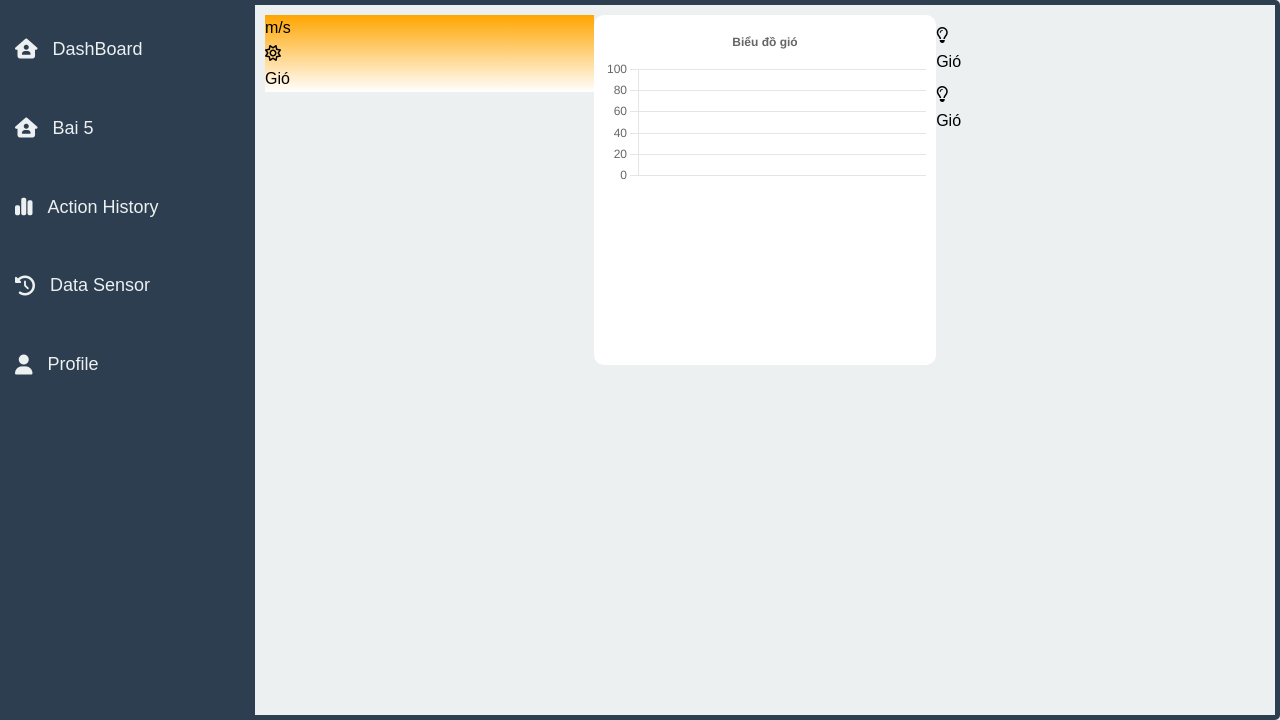
Repository: duongnoob23/duyyyy
Page: /bai5 (app in iot/)
These files come from the project's save history. The page is drawn as it stood at one moment and after the next save; the edit follows.
The browser window is 1280 px wide. The pictures show the whole page.
The page's requests for data from a server got no answer. Some web libraries are served in a nearby version. The project was rebuilt for these pictures with package versions that can differ from the ones it lists, and the page was loaded fresh each time. No one was signed in, and anything a server would have sent is missing. Also part of the build but not shown: iot/src/App.css, iot/src/Components/Doughnut/GaugeChart.js, iot/src/Components/LineChart/LineChartECharts.js, iot/src/Pages/Home/Home.js, iot/src/Pages/DataLogs/DataLogs.js, iot/src/Pages/Profile/Profile.css, iot/src/Pages/Profile/Profile.js, iot/src/Pages/Action/Action.js and 1 more.

Above is the page before, as saved 2024-12-02 21:01:34.

### iot/public/index.html
<!DOCTYPE html>
<html lang="en">
  <head>
    <meta charset="utf-8" />
    <link rel="icon" href="%PUBLIC_URL%/favicon.ico" />
    <meta name="viewport" content="width=device-width, initial-scale=1" />
    <meta name="theme-color" content="#000000" />
    <meta
      name="description"
      content="Web site created using create-react-app"
    />
    <link rel="apple-touch-icon" href="%PUBLIC_URL%/logo192.png" />
    <!--
      manifest.json provides metadata used when your web app is installed on a
      user's mobile device or desktop. See https://developers.google.com/web/fundamentals/web-app-manifest/
    -->
    <link rel="manifest" href="%PUBLIC_URL%/manifest.json" />
    <!--
      Notice the use of %PUBLIC_URL% in the tags above.
      It will be replaced with the URL of the `public` folder during the build.
      Only files inside the `public` folder can be referenced from the HTML.

      Unlike "/favicon.ico" or "favicon.ico", "%PUBLIC_URL%/favicon.ico" will
      work correctly both with client-side routing and a non-root public URL.
      Learn how to configure a non-root public URL by running `npm run build`.
    -->
    <link rel="stylesheet" href="https://cdnjs.cloudflare.com/ajax/libs/font-awesome/6.6.0/css/all.min.css" integrity="sha512-Kc323vGBEqzTmouAECnVceyQqyqdsSiqLQISBL29aUW4U/M7pSPA/gEUZQqv1cwx4OnYxTxve5UMg5GT6L4JJg==" crossorigin="anonymous" referrerpolicy="no-referrer" />
    <title>React App</title>
    <script src="https://code.highcharts.com/highcharts.js"></script>
  </head>
  <body>
    <noscript>You need to enable JavaScript to run this app.</noscript>
    <div id="root"></div>
    <!--
      This HTML file is a template.
      If you open it directly in the browser, you will see an empty page.

      You can add webfonts, meta tags, or analytics to this file.
      The build step will place the bundled scripts into the <body> tag.

      To begin the development, run `npm start` or `yarn start`.
      To create a production bundle, use `npm run build` or `yarn build`.
    -->
  </body>
</html>

### iot/src/index.js
import React from 'react';
import { DatePicker } from 'antd';
import ReactDOM from 'react-dom/client';
import './index.css';
import App from './App';
import reportWebVitals from './reportWebVitals';
import { BrowserRouter } from 'react-router-dom';


const root = ReactDOM.createRoot(document.getElementById('root'));
root.render(
  // <React.StrictMode>
  <BrowserRouter>
    <App />
  </BrowserRouter>

  // </React.StrictMode>
);


reportWebVitals();

### iot/src/index.css
body {
  margin: 0;
  font-family: -apple-system, BlinkMacSystemFont, 'Segoe UI', 'Roboto', 'Oxygen',
    'Ubuntu', 'Cantarell', 'Fira Sans', 'Droid Sans', 'Helvetica Neue',
    sans-serif;
  -webkit-font-smoothing: antialiased;
  -moz-osx-font-smoothing: grayscale;
}

code {
  font-family: source-code-pro, Menlo, Monaco, Consolas, 'Courier New',
    monospace;
}

*{
  box-sizing: border-box;
  font-family: Arial, Helvetica, sans-serif;
}

html{
  font-size: 62.5%;
}

ul,li{
  list-style-type: none;
  margin: 0;
  padding:0;
}
a{
  text-decoration: none;
}

body{
  margin: 0;
  padding: 0;

}

### iot/src/App.js
// import logo from './logo.svg';
import './App.css';
import Layout from './Components/Layout/Layout';
import { Routes,Route} from 'react-router-dom';
import Home from './Pages/Home/Home';
import DataLogs from './Pages/DataLogs/DataLogs';
import Profile from './Pages/Profile/Profile';
import Action from './Pages/Action/Action';
import Bai5 from './Pages/Bai5/Bai5';
function App() {
  return (
    <>

      <Routes>
          <Route path="/" element = {<Layout/>}>
            <Route path='home' element={<Home/>}/>
            <Route path='bai5' element={<Bai5 />}/>
            <Route path='datalogs' element={<DataLogs/>}/>
            <Route path='profile' element={<Profile/>}/>
            <Route path='action' element={<Action/>}/>
          </Route>
      </Routes>
    </>
  );
}

export default App;

### iot/src/Components/Layout/Layout.js
import './Layout.css'
import { Link, Outlet, } from "react-router-dom";
// import { useState } from "react";

function Layout(){

    return (
        <>

        <div className="dashBoard">
        <div className="sideBar">
            <ul className="sideBar-list">
                <li className="sideBar-item">
                    {/* <a  href="#" className="sideBar-icon">
                        <i className="fa-solid fa-house-user">
                        </i>
                        <span className='sideBar-text'>DashBoard</span>
                    </a> */}
                    <Link className='sideBar-icon' to={"/home"}>
                        <i className="fa-solid fa-house-user">
                        </i>
                        <span className='sideBar-text'>DashBoard</span>
                    </Link>
                </li>
                <li className="sideBar-item">
                    <Link className='sideBar-icon' to={"/bai5"}>
                        <i className="fa-solid fa-house-user">
                        </i>
                        <span className='sideBar-text'>Bai 5</span>
                    </Link>
                </li>
                <li className="sideBar-item">
                <Link  className="sideBar-icon" to={"/action"}>
                    <i className="fa-solid fa-chart-simple"></i>
                        <span className='sideBar-text'>Action History</span>
                    </Link>
                </li>
                <li className="sideBar-item">
                    <Link className="sideBar-icon" to={"/datalogs"} >
                    <i className="fa-solid fa-clock-rotate-left"></i>
                        <span className='sideBar-text'> Data Sensor</span>
                    </Link>
                </li>
                <li className="sideBar-item">

                    <Link className="sideBar-icon" to={"/profile"}>
                        <i className="fa-solid fa-user"></i>
                        <span className='sideBar-text'>Profile</span>
                    </Link>
                </li>
            </ul>
        </div>
        <div className="sideMain">
            <Outlet/>
        </div>
    </div>
        </>
    )
}

export default Layout;

### iot/src/Components/Layout/Layout.css


/* Reset default padding and margins */
* {
    margin: 0;
    padding: 0;
    box-sizing: border-box;
}

/* DashBoard container */
.dashBoard {
    display: flex;
    height : 100vh;
    font-family: 'Roboto', sans-serif;
}

/* SideBar styling */
.sideBar {
    width: 250px;
    background-color: #2c3e50;
    padding: 20px 0;
    position: fixed;
    height: 100%;
    transition: all 0.3s ease;
}

.sideBar-list {
    list-style: none;
    padding-left: 0;
}

.sideBar-item {
    margin-bottom: 20px;
}

.sideBar-icon {
    display: flex;
    align-items: center;
    padding: 15px;
    color: #ecf0f1;
    text-decoration: none;
    transition: background 0.3s ease, color 0.3s ease;
}

.sideBar-icon i {
    margin-right: 15px;
    font-size: 20px;
}

/* Hover effect for sidebar items */
.sideBar-icon:hover {
    background-color: #34495e;
    color: #1abc9c;
    cursor: pointer;
    padding-left: 25px; /* Add a slide effect */
    transition: all 0.3s ease;
}

.sideBar-text {
    font-size: 18px;
}

/* Active link effect */
.sideBar-icon.active {
    background-color: #1abc9c;
    color: #fff;
    border-radius: 8px;
    transition: all 0.3s ease;
}

/* SideMain styling */
.sideMain {
    margin-left: 250px;
    background-color: #ecf0f1;
    flex-grow: 1;
}

/* Responsive Design */
@media screen and (max-width: 768px) {
    .sideBar {
        width: 200px;
    }

    .sideBar-icon {
        padding: 10px;
    }

    .sideMain {
        margin-left: 200px;
        padding: 20px;
    }
}

@media screen and (max-width: 576px) {
    .sideBar {
        width: 60px;
    }

    .sideBar-icon i {
        margin-right: 0;
        text-align: center;
        flex: 1;
    }

    .sideBar-text {
        display: none;
    }

    .sideMain {
        margin-left: 60px;
        padding: 10px;
    }
}

### iot/src/Pages/Home/Home.css
/* General Styling */
.main {
    display: flex;
    flex-direction: column;
    height : 100%; /* Chiếm toàn bộ chiều cao của màn hình */

    box-sizing: border-box; /* Đảm bảo padding không làm thay đổi kích thước */
}

.section {
  width: 100%;
  height : 100%;
}



.section-one{
    width: 100vh;
    height : 100%;
    display: flex;
    flex-direction: row;

}

.left{
  width: 75%;
}

.right{
  width: 25%;
}

.sensor{
    height: 30%;
}


.sensor-list {
    height: 100%;
    display: flex;
    list-style-type: none;
    padding: 0;
    margin: 0;
    justify-content: space-between; /* Rải đều các phần tử trong container */
    width: 100%; /* Chiếm toàn bộ chiều rộng của màn hình */
}

.sensor-item {
    flex: 1; /* Các phần tử sẽ tự động chiếm đều không gian */
    /* padding: 5px; */
    background-color: #ffffff;
    border-radius: 12px;
    box-shadow: 0 4px 12px rgba(0, 0, 0, 0.1);
    display: flex;
    flex-direction: column;
    align-items: center;
    text-align: center;
    margin: 10px;
    min-width: 50px; /* Đảm bảo các phần tử không quá nhỏ */
}
  .sensor-item .sensor-digit {
    font-size: 1.2em;
    font-weight: bold;
    margin-bottom: 5px;
    color: #333;
  }

  .sensor-item:nth-child(2){
    /* margin:10px 20px; */
  }

  .sensor-bar {
    width: 100%;
    height: 100px;
    background-color: #e0e0e0;
    border-radius: 8px;
    position: relative;
    overflow: hidden;
    margin: 10px 0;
  }

  .sensor-fill {
    position: absolute;
    bottom: 0;
    width: 100%;
    border-radius: 8px;
  }

  .sensor-item.light .sensor-fill {
    background-color: #ffb74d; /* Soft orange for light */
  }

  .sensor-item.temperature .sensor-fill {
    background-color: #ef5350; /* Soft red for temperature */
  }

  .sensor-item.humidity .sensor-fill {
    background-color: #42a5f5; /* Soft blue for humidity */
  }

  .label {
    font-size: 0.9em;
    font-weight: 600;
    color: #777;
  }
  /* Chart Section */
  .chart {
    height: 70%;
    width: 100%;
    /* margin-top: 20px; */
    /* margin: 15px; */
    padding: 0;
  }
.styleChart{
  aspect-ratio: 7/3;
}
  /* Electric Section */
  .electric {
    width: 100%;
    margin-top: 5px;
  }

  .electric-list {
    list-style: none;
    padding: 0;
    margin: 0;
    display: flex;
    flex-direction: column;
    justify-content: space-around;
    gap: 15px;
  }

  .electric-item {
    /* flex: 1; */
    text-align: center;
    padding: 20px;
    background-color: #f9f9f9;
    border-radius: 10px;
    box-shadow: 0px 4px 10px rgba(0, 0, 0, 0.1);
    transition: transform 0.3s ease, box-shadow 0.3s ease;
    width: 300px;
  }




  .electric-box {
    position: relative;
    margin-bottom: 10px;
  }

  .electric-input {
    display: none;
  }

  .electric-label {
    display: block;
    width: 60px;
    height: 30px;
    background-color: #ddd;
    border-radius: 15px;
    position: relative;
    cursor: pointer;
    transition: background-color 0.3s;
  }



  .electric-input:checked + .electric-label {
    background-color: #4caf50;
  }

  .electric-input:checked + .electric-label:before {
    left: 31px;
  }

  .on-off {
    font-weight: bold;
    margin-top: 8px;
    font-size: 16px;
  }

  .electric-item i {
    font-size: 36px;
    color: #4caf50;
  }

  .electric-item .light-icon,
  .electric-item .temp-icon,
  .electric-item .air-icon {
    color: #aaa;
  }

/* css button  */

### iot/src/Components/Helper/URL.js
export const URL = "http://localhost:3001";

### iot/src/Pages/DataLogs/DataLogs.css
*{
    box-sizing: border-box;
}
.table {
    width: 90%;
    border-collapse: collapse;
    margin: 10px;
    border-radius:10px;
    overflow: hidden;
}

.data{
    border:5px solid #2c3e50;
    border-radius: 0 5px 5px 0;
    height: 100%;
}

.table__body{
    border-radius: 10px;
    border: 2px solid #2c3e50;
}

.table__head{
    border: 2px solid #2c3e50;
}
th, td {
    padding: 10px;
    text-align: center;
    border-bottom: 1px solid #ddd;
}
th {
    background-color: #2c3e50;
    color: white;
}

.table-row__body{
    transition: all 0.1s linear;

}
.table-row__body:nth-child(even){
    background-color: #eee;

}
.table-row__body:hover{
    background-color: #2c3e50;
    color: #F4C427;

}

.table-row__body:active{
    background-color: #2c3e50;
    color: #F4C427;
}
.data__title{
    margin-left: 10px;
    font-size: 20px;
    font-weight: bold;
}

.data__sort{
    margin-left: 10px;
    font-size: 15px;
    font-weight: bold;
    margin-bottom: 10px;

}

.data__in{
    border-radius: 10px;
    border: 2px solid #7A40F2;
    margin: 10px;
}

### iot/src/Pages/Action/Action.css
* {
    box-sizing: border-box;
    font-family: 'Arial', sans-serif; /* Change this to your preferred font */
    font-size: 16px; /* Default font size */
    line-height: 1.6; /* Controls line spacing */
}


.action {
    border: 5px solid #2c3e50;
    border-radius: 0 5px 5px 0;
    height: 100vh; /* Full viewport height */
    display: flex;
    flex-direction: column;
    justify-content: space-between; /* Distribute space evenly */
}

.action-title {
    margin-left: 10px;
    font-size: 24px;
    font-weight: bold;
    margin-bottom: 20px;
}

.option {
    display: flex;
    align-items: center;
    margin-bottom: 20px;
}

.search {
    margin-left: 20px;
    display: flex;
    align-items: center;
}

.search__input {
    padding: 8px 15px;
    border-radius: 8px;
    outline: none;
    border: 1px solid #2c3e50;
    margin-right: 5px;
    font-size: 16px;
}

.search__icon {
    cursor: pointer;
    font-size: 20px;
    color: #2c3e50;
}

.select, .select2 {
    margin-left: auto;
    padding: 0 10px;
}

.select__list {
    padding: 8px 12px;
    border-radius: 8px;
    border: 1px solid #2c3e50;
    outline: none;
    font-size: 16px;
}

/* Table container to control overflow */
.table__container {
    flex-grow: 1;
    overflow-y: auto;
    border-radius: 10px;
    margin: 0 20px;
    padding-bottom: 20px;
}

.table {
    width: 100%;
    border-collapse: collapse;
}

.table__head {
    background-color: #2c3e50;
    color: white;
    border-radius: 10px 10px 0 0;
}

.table-row__head th, .table-row__body td {
    padding: 10px;
    text-align: center;
}

.table-row__body:nth-child(even) {
    background-color: #f7f7f7;
}

.table-row__body:hover {
    background-color: #2c3e50;
    color: #F4C427;
}

/* Maintain height to ensure 10 rows fill the page */
.table-row__body {
    height: 40px; /* Adjust this based on design preferences */
    transition: background-color 0.3s;
}

.table__body {
    border-radius: 0 0 10px 10px;
}

.pagination {
    margin-right: 20px;
    padding: 10px 0;
    text-align: right;
}

.pagi__list {
    display: flex;
    justify-content: flex-end;
    align-items: center;
    font-size: 16px;
}

.pagi__item {
    margin: 0 5px;
    cursor: pointer;
    padding: 5px 10px;
    border: 1px solid #3498db;
    border-radius: 5px;
    transition: background-color 0.3s;
}

.pagi__next, .pagi__pre {
    color: #3498db;
}

.pagi__cur {
    font-weight: bold;
    color: #fff;
    background-color: #15181b;
    border-radius: 5px;
    padding: 5px 10px;
}

/* Ensure last row visibility */
.table__container::-webkit-scrollbar {
    width: 6px;
}

.table__container::-webkit-scrollbar-thumb {
    background-color: #121518;
    border-radius: 10px;
}

### iot/src/Pages/Bai5/Bai5.css
.main{
    width: 100%;
    padding:10px;
    height: 100%;
    border:5px solid #2c3e50;
    border-radius: 0 5px 5px 0;
}


.section{
    display: flex;
    justify-content: start;
    flex-direction: column;
}

.section .section-one{
    width: 100%;
}



.electric{
    background-color: white;
    /* padding:10px; */
    border-radius: 15px;
    /* margin-bottom: 15px; */
}

.electric-list{
    display: flex;
    justify-content: center;
    align-items: center;
    margin-left: -20px;
    height: 100%;
}

.electric-item{
    width: 80%;
    height: calc(100% / 3 - 10px);
    margin-left: 20px;
    /* background-color: white; */
    border-radius: 10px;
    padding: 10px;
    box-shadow: rgba(0, 0, 0, 0.35) 0px 5px 15px;
    color:#2c3e50;
    display: flex;
    flex-direction: column;
    justify-content: space-between;
    font-size: 15px;
    transition: all 0.25s linear;
    position: relative;
    /* cursor: pointer; */
}

/* .electric-item:hover{
    background-color: #2c3e50;
    color: white;
    box-shadow: #2c3e50 3px 3px 9px 0px;
} */

.electric-item i{
    font-size: 40px;
}

.electric-item .on-off{
    font-size: 20px;
    color: black;
    margin-top: 0;
}

.electric-item:hover .on-off{
    /* color:white; */
}

.electric-input{
    display: none;
}

.electric-input:checked + .electric-label{
    background-color: #2c3e50;
    box-shadow: white 0px 5px 15px;
}

.electric-input:checked + .electric-label:after{
    background-color: white;
    transform: translateX(17px);
}
.electric-input:checked .temperature{
    color: #2c3e50;
}


.electric-label{
    position: absolute;
    top:20px;
    right: 20px;
    width: 36px;
    height: 20px;
    border-radius: 20px;
    background-color: #F5F5F5;
    transition: all 0.25s linear;
    cursor: pointer;
}

.electric-label:after{
    cursor: pointer;
    content: "";
    position:  absolute;
    top:1px;
    left: 1px;
    width: 18px;
    height: 18px;
    border-radius: 50%;
    background-color: white;
    transition: all 0.25s linear;
    box-shadow: rgba(0, 0, 0, 0.35) 0px 5px 15px;
}

.electric-item .electric-light{
    display: inline-block;
    font-size: 40px;
    color: black;
    transition: all 0.4s linear;
    display: flex;
    justify-content: center;
    align-items: center;
}
.electric-item .electric-light.show{
    color: yellow;
    /* box-shadow: 0 0 3px 3px yellow; */
    filter: drop-shadow(0 0 10px rgba(255, 255, 0, 0.8)) drop-shadow(0 0 20px rgba(255, 255, 0, 0.642));
}

.electric-item .electric-air{
    display: flex;
    justify-content: center;
    align-items: center;
    color:black;
}

.electric-item .electric-air.show{
    content: "";
    animation:spin 2s linear infinite;
    color:#3acbe9;
    transition: all 0.4s linear;
}

.electric-item .electric-temperature{
    display: flex;
    justify-content: center;
    align-items: center;
    color:black;
}

.electric-item .electric-temperature.show{
    /* color: linear-gradient(to top,red ,yellow ); */
    background-image: linear-gradient(to top,red,yellow);
    color:transparent;
    background-clip: text;
    transition: all 0.4s linear;
}

@keyframes spin {
    to{
        transform: rotate(720deg);
    }
  }

.meter{
    background-color: white;
    padding:10px;
    border-radius: 15px;
    margin-bottom: 5px;
}

.meter-list{
    display: flex;
    justify-content: center;
    align-items: center;
    margin-left: -20px;
}

.meter-item{
    width: calc(100% / 3 - 20px);
    height: 120px;
    margin-left: 20px;
    /* background-color: white; */
    border-radius: 10px;
    padding: 10px;
    box-shadow: rgba(0, 0, 0, 0.35) 0px 5px 15px;
    color:black;
    display: flex;
    flex-direction: column;
    justify-content: space-between;
    font-size: 18px;
    transition: all 0.25s linear;
    position: relative;
}
.meter-item:first-child{
    /* background-image: linear-gradient(to bottom,#F4C427,white); */
    background-color: #f4c427;
    }



.meter-item:last-child{
    /* background-image: linear-gradient(to bottom,#3ACBE9,white); */
    background-color: #3acbe9;
}

.meter-item:nth-child(2){
    /* background-image: linear-gradient(to bottom,#FF9060,white); */
    background-color: #FF9060;
}

.meter-digit
{
    text-align: start;
    font-size: 24px;
    font-weight: white;
}

.chart{
    width: 100%;
    height: 350px;
    border-radius: 10px;
    background-color: white;
    padding:10px;
    margin-bottom: 20px;
}



.blink {
    background-color: yellow;
    animation: blink 1s infinite;
  }

  @keyframes blink {
    0%, 100% {
      background-color: yellow;
    }
    50% {
      background-color: transparent;
    }
  }


.bai5{
    width: 100%;
    height: 25%;
}

.control{
    width: 100%;
    height: 25%;
}

### iot/src/Components/LineChart/LineChartFix.js
import React, { useEffect,useState } from 'react';
import { Line } from 'react-chartjs-2';
import { Chart as ChartJS, CategoryScale, LinearScale, PointElement, LineElement, Title, Tooltip, Legend } from 'chart.js';
import {URL} from '../Helper/URL';
ChartJS.register(CategoryScale, LinearScale, PointElement, LineElement, Title, Tooltip, Legend);



const LineChartFix = ({onDataUpdate}) => {


  const [dataChart,setDataChart] = useState({
    labels:[],
    datasets:[],
  })
  // console.log(onDataUpdate);
  const fetchApi = () => {
    fetch(URL + `/windspeed`)
      .then(res => res.json())
      .then(data => {
        if (data) {
          console.log(data);

          // Adding index (increasing order) to the data
          let indexedData = data.results.map((item, index) => ({
            ...item,
            index: index + 1 // Adding index starting from 1
          }));

          // Extract time, temperature, humidity, and light values
          let time = indexedData.map(item => item.time);
          let temperature = indexedData.map(item => item.temperature);
          let humidity = indexedData.map(item => item.humidity);
          let light = indexedData.map(item => item.light / 10);
          let windspeed = indexedData.map(item => item.light/10 + 13);
          setDataChart({
            labels: time,
            datasets: [
              {
                label: 'Tốc độ gió ',
                data: windspeed,
                borderColor: 'rgba(255, 206, 86, 1)',
                backgroundColor: 'rgba(255, 206, 86, 0.2)',
                tension: 0.4,
              },
            ],
          });

          const option = {
            windspeed: windspeed[windspeed.length - 1 ],
          };

          onDataUpdate(option);
        }
      });
  };

  useEffect(() => {
    fetchApi(); // Lần gọi đầu tiên ngay khi component mount

    // const interval = setInterval(() => {
    //   fetchApi(); // Gọi API mỗi 5 giây (5000ms)
    // }, 5000);

    // return () => clearInterval(interval); // Dọn dẹp interval khi component unmount
  }, []);


  const options = {
    responsive: true,
    plugins: {
      legend: {
        position: 'top',
      },
      title: {
        display: true,
        text: 'Biểu đồ gió',
      },
    },
    scales: {
      y: {
        beginAtZero: true,
        max: 100, // Đặt giá trị tối đa cho trục y
      },
    },
  };


  return (
    <div style={{ maxWidth: '750px', margin: '0 auto' }}>
      <Line data={dataChart} options={options}  />
    </div>
  );
};

// onDataUpdate={handleDataUpdate}
export default LineChartFix;

Loaded but not shown: iot/src/reportWebVitals.js (common file); iot/src/Pages/Bai5/Bai5.js (124 lines, source omitted)

After the next save:
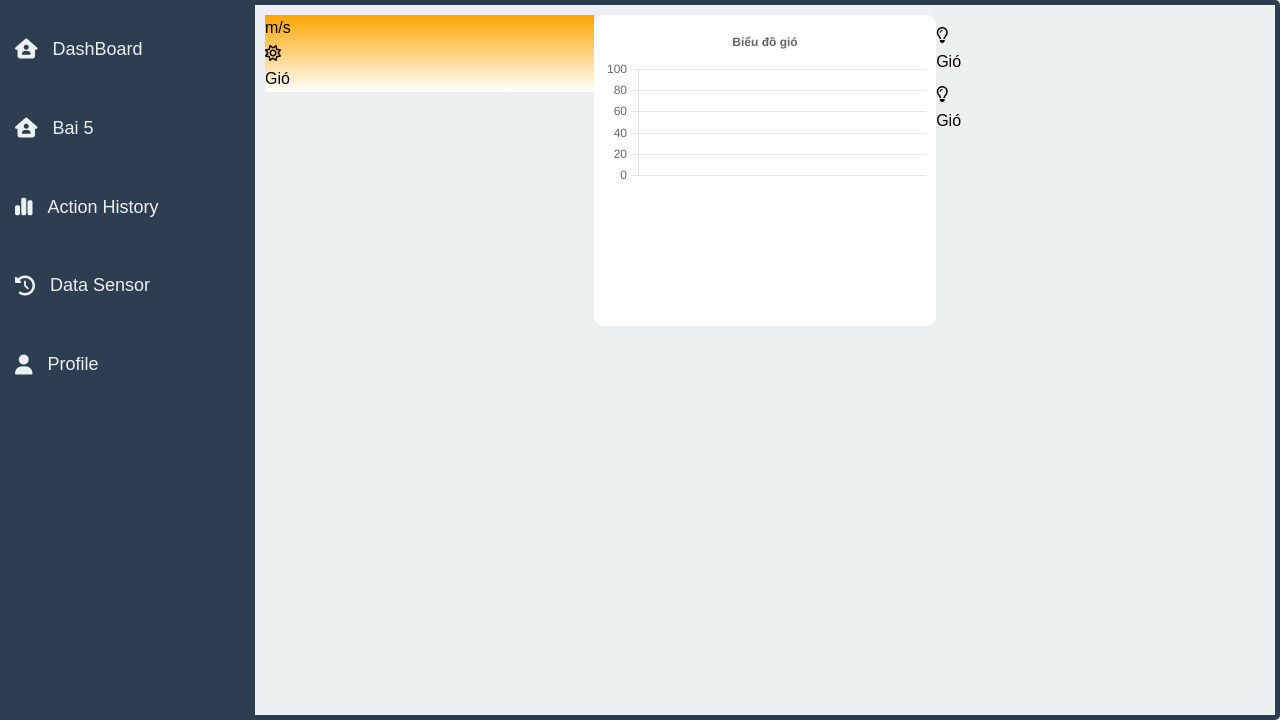
Saved 10 s later.
--- a/iot/src/Pages/Bai5/Bai5.css
+++ b/iot/src/Pages/Bai5/Bai5.css
@@ -222,7 +222,7 @@
 
 .chart{
     width: 100%;
-    height: 350px;
+    height: 45%;
     border-radius: 10px;
     background-color: white;
     padding:10px;
